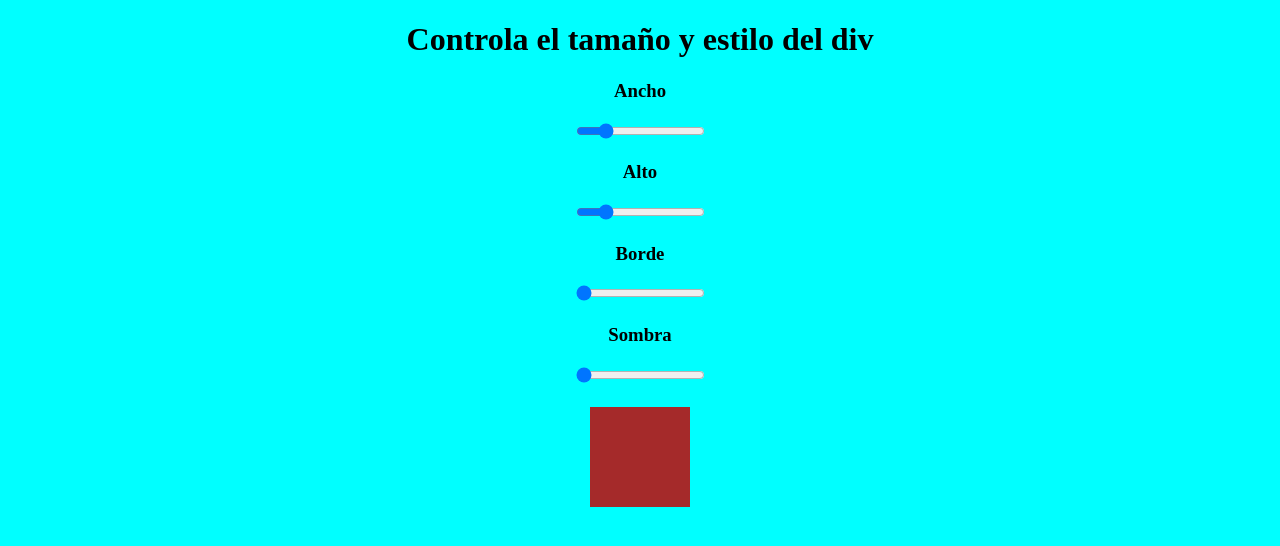
Repository: Kevin8548/Ejercicios-DOM
Page: Deslizador.html
The author's editor kept a copy of each file at every save. The page is drawn from the files as they stood at one save, then again after the next save.
The browser window is 1280 px wide. The pictures show the whole page.

Above is the page before, as saved 2024-10-07 01:32:12.

After the next save:
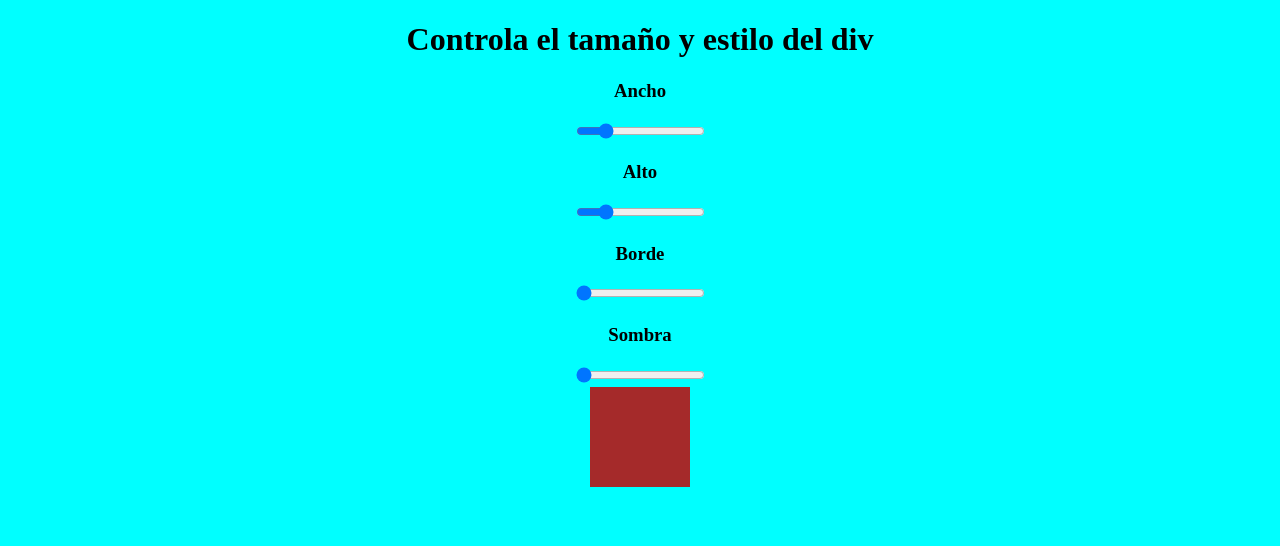
Saved 38 s later.
--- a/deslizadores.css
+++ b/deslizadores.css
@@ -1,10 +1,6 @@
 body {
     background-color: aqua;
     text-align: center;
-}
-
-.controls {
-    margin-bottom: 20px;
 }
 
 .box {
@@ -12,5 +8,5 @@ body {
     height: 100px;
     background-color: brown;
     margin: 0 auto;
-    transition: all 0.2s; /* Suavizar transiciones */
+
 }
